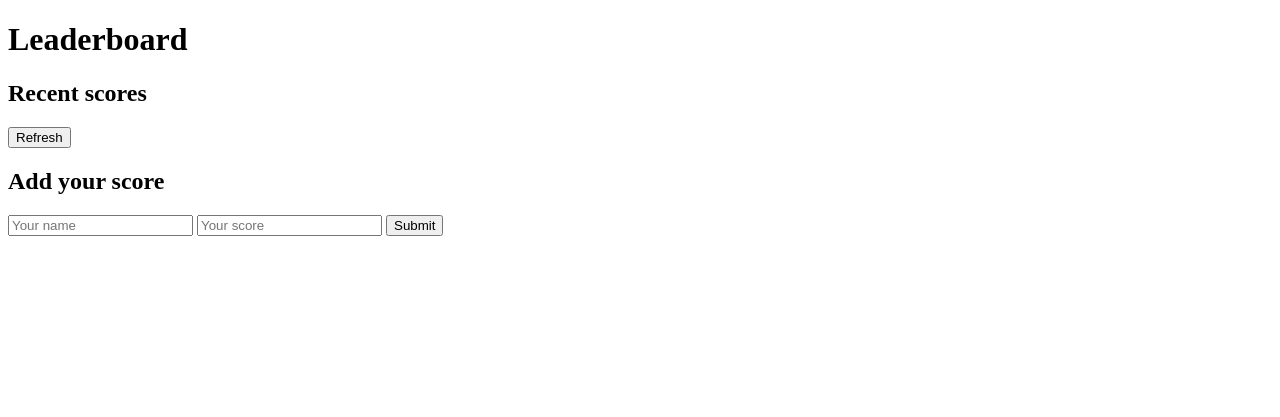
Repository: nevisende/leaderboard
Page: src/index.html
An editor plug-in stored every save of this project. The page is shown before and after the next save, followed by the edit.
The browser window is 1280 px wide. The pictures show the whole page.

Above is the page before, as saved 2021-12-15 16:20:03.

### src/index.html
<!DOCTYPE html>
<html lang="en">
<head>
    <meta charset="UTF-8">
    <meta name="viewport" content="width=device-width, initial-scale=1.0">
    <title>Leader Board</title>
</head>
<body>
    <main>
        <h1>Leaderboard</h1>
        <section>
            <div class="board-part">
                <div class="board-header">
                    <h2> Recent scores</h2>
                    <button type="button" id="refresh">Refresh</button>
                </div>
                <ul class="leaderboard">

                </ul>
            </div>
            <div class="add-score">
                <h2>Add your score</h2>

                    <input placeholder="Your name" type="text" id="name">
                    <input placeholder="Your score" type="number" id="score">
                    <button type="submit" id="score-button">Submit</button>

            </div>
        </section>
    </main>
</body>
</html>

After the next save:
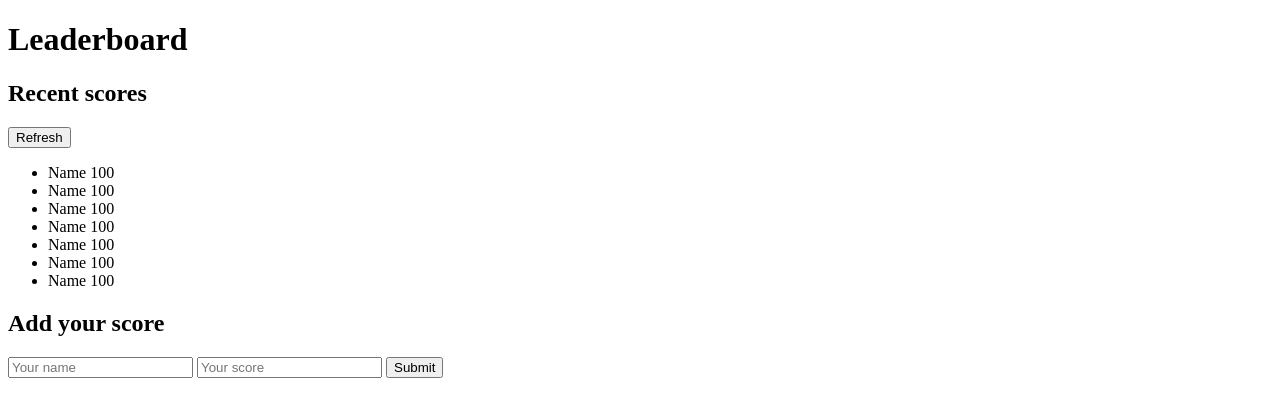
Saved 41 s later.
--- a/src/index.html
+++ b/src/index.html
@@ -15,14 +15,20 @@
                     <button type="button" id="refresh">Refresh</button>
                 </div>
                 <ul class="leaderboard">
-
+                    <li><span class="name">Name</span> <span class="score">100</span> </li>
+                    <li><span class="name">Name</span> <span class="score">100</span> </li>
+                    <li><span class="name">Name</span> <span class="score">100</span> </li>
+                    <li><span class="name">Name</span> <span class="score">100</span> </li>
+                    <li><span class="name">Name</span> <span class="score">100</span> </li>
+                    <li><span class="name">Name</span> <span class="score">100</span> </li>
+                    <li><span class="name">Name</span> <span class="score">100</span> </li>
                 </ul>
             </div>
             <div class="add-score">
                 <h2>Add your score</h2>
 
                     <input placeholder="Your name" type="text" id="name">
-                    <input placeholder="Your score" type="number" id="score">
+                    <input placeholder="Your score" type="text" id="score">
                     <button type="submit" id="score-button">Submit</button>
 
             </div>
